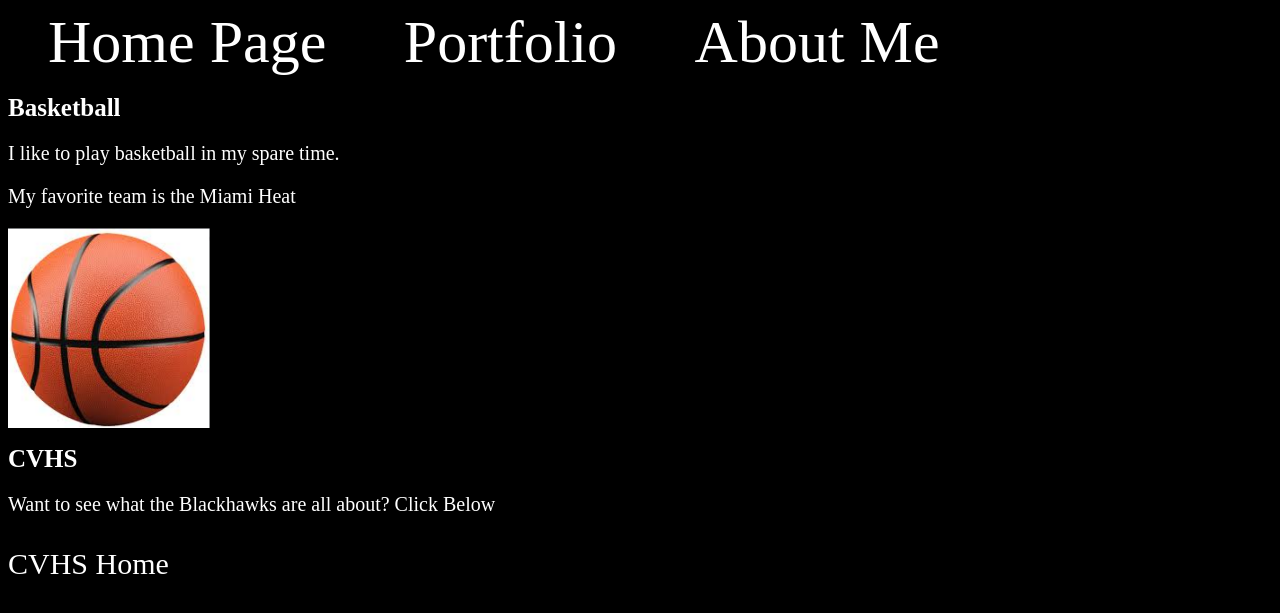
Repository: jacobhayman22/jacobhayman22.github.io
Page: about.html
The author's editor kept a record of every edit. The page is drawn from the files as they stood at one moment, then again after the next edit.
The browser window is 1280 px wide. The pictures show the whole page.

Above is the page before.

After the next edit:
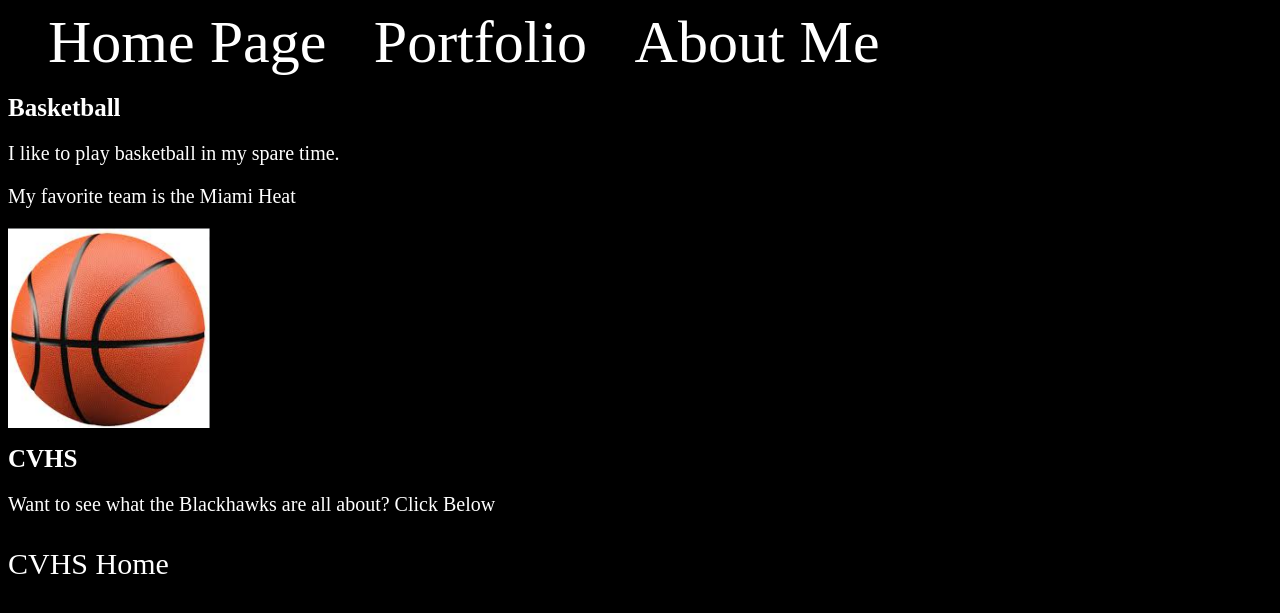
The edit:
--- a/style.css
+++ b/style.css
@@ -24,7 +24,7 @@
 
    li {
     display: inline;
-    padding-right: 50px;
+    padding-right: 20px;
     margin-right: 25px;
    }
 
